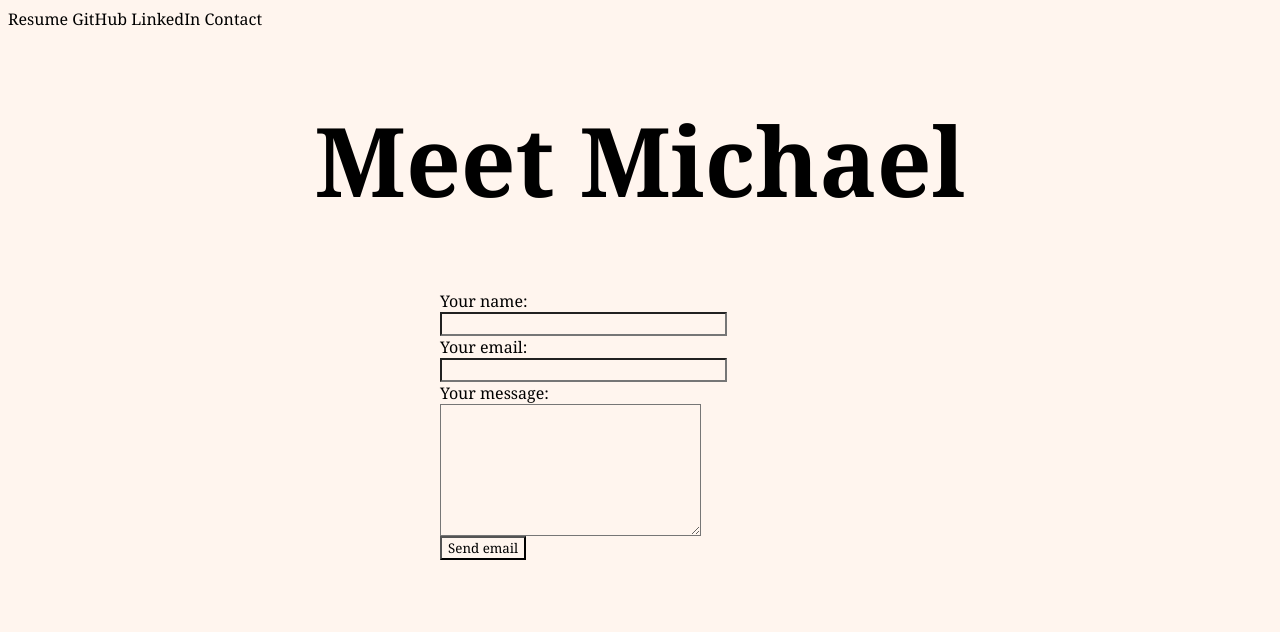
Repository: strandedonthird/strandedonthird.github.io
Page: HTML/contact.html
The author's editor kept a copy of each file at every save. The page is drawn from the files as they stood at one save, then again after the next save.
The browser window is 1280 px wide. The pictures show the whole page.

Above is the page before, as saved 2022-05-09 17:38:30.

### HTML/contact.html
<html lang="en">
<head>
    <meta charset="UTF-8">
    <meta http-equiv="X-UA-Compatible" content="IE=edge">
    <meta name="viewport" content="width=device-width, initial-scale=1.0">
    <title>Welcome to Michael Barrett's Portfolio</title>
    <link rel="stylesheet" type="text/css" href="../CSS/index.css">
</head>
<header class="container">
        <nav class="container-item"><a href="../resume.html">Resume</a></nav>
        <nav class="container-item"><a href="https://www.github.com/strandedonthird/">GitHub</a></nav>
        <nav class="container-item"><a href="https://www.linkedin.com/in/michael-barrett/">LinkedIn</a></nav>
        <nav class="container-item"><a href="../">Contact</a></nav>
</header>
<h1><a href="./index.html">Meet Michael</a></h1>
<!-- Following Link Found at https://www.123formbuilder.com/html-contact-form/ -->
<div id="after_submit"></div>
<form id="contact_form" action="#" method="POST" enctype="multipart/form-data">
  <div class="row">
    <label class="required" for="name">Your name:</label><br />
    <input id="name" class="input" name="name" type="text" value="" size="30" /><br />
    <span id="name_validation" class="error_message"></span>
  </div>
  <div class="row">
    <label class="required" for="email">Your email:</label><br />
    <input id="email" class="input" name="email" type="text" value="" size="30" /><br />
    <span id="email_validation" class="error_message"></span>
  </div>
  <div class="row">
    <label class="required" for="message">Your message:</label><br />
    <textarea id="message" class="input" name="message" rows="7" cols="30"></textarea><br />
    <span id="message_validation" class="error_message"></span>
  </div>

    <input id="submit_button" type="submit" value="Send email" />
</form>
</html>

### CSS/index.css
* {
    background-color:seashell;
    font-family: Cambria, Cochin, Georgia, Times, 'Times New Roman', serif;
    font-style: normal;
}

.container {
  display: flex;
  display: inline-block;
  text-i
  font-size: 2.5em;
}

a {
  color: black;
  text-decoration: none;
  text-align: center;
}

.container-item {
  background: seashell;
  text-align: center;
  display: inline;
  text-decoration: none;
}

h1 {
  font-size: 6em;
  text-align: center;
  font-family: Cambria, Cochin, Georgia, Times, 'Times New Roman', serif;
}

p {
  font-size: 1.25em;
}

.my-photo {
  width: auto;
  height: 300px;
  border-style: ridge;
  border-radius: 50px;
  object-position: center;
  margin: 25px;
  }

img {
  width: 600px;
  height: 800px;
}

.center {
  display: block;
  margin-left: auto;
  margin-right: auto;
}

#contact_form {
  display: block;
  float: right;
  width: 50%;
  margin-right: 200px;
}

After the next save:
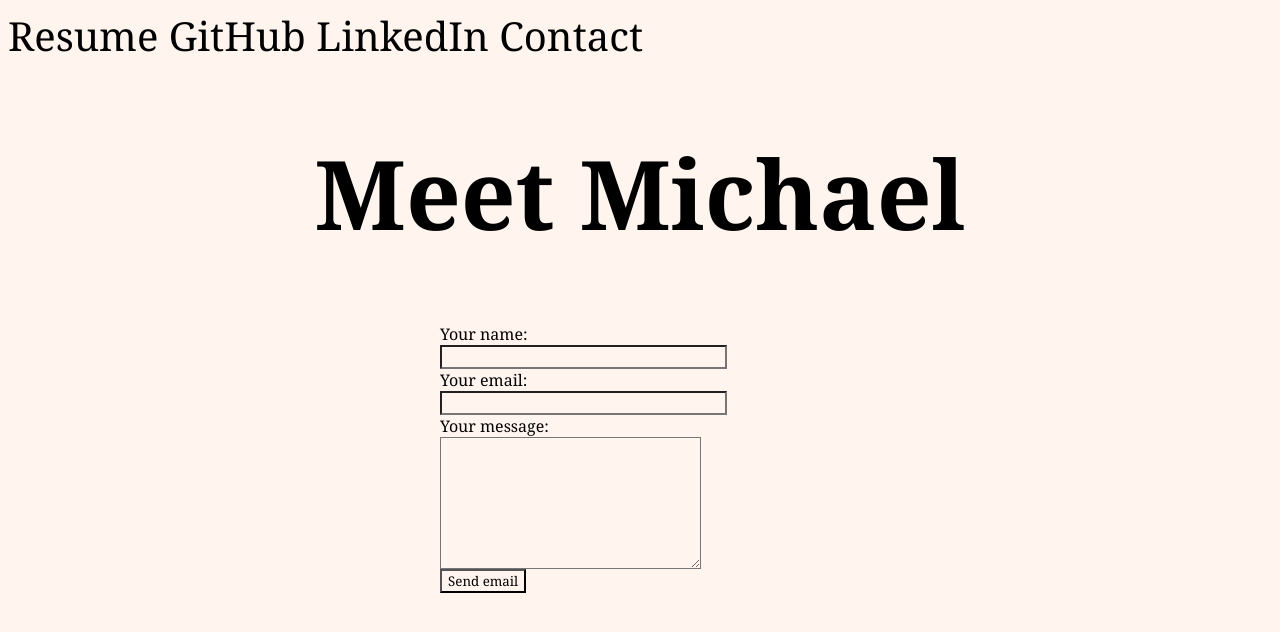
Saved 4 s later.
--- a/CSS/index.css
+++ b/CSS/index.css
@@ -7,7 +7,7 @@
 .container {
   display: flex;
   display: inline-block;
-  text-i
+  text-align: center;
   font-size: 2.5em;
 }
 
